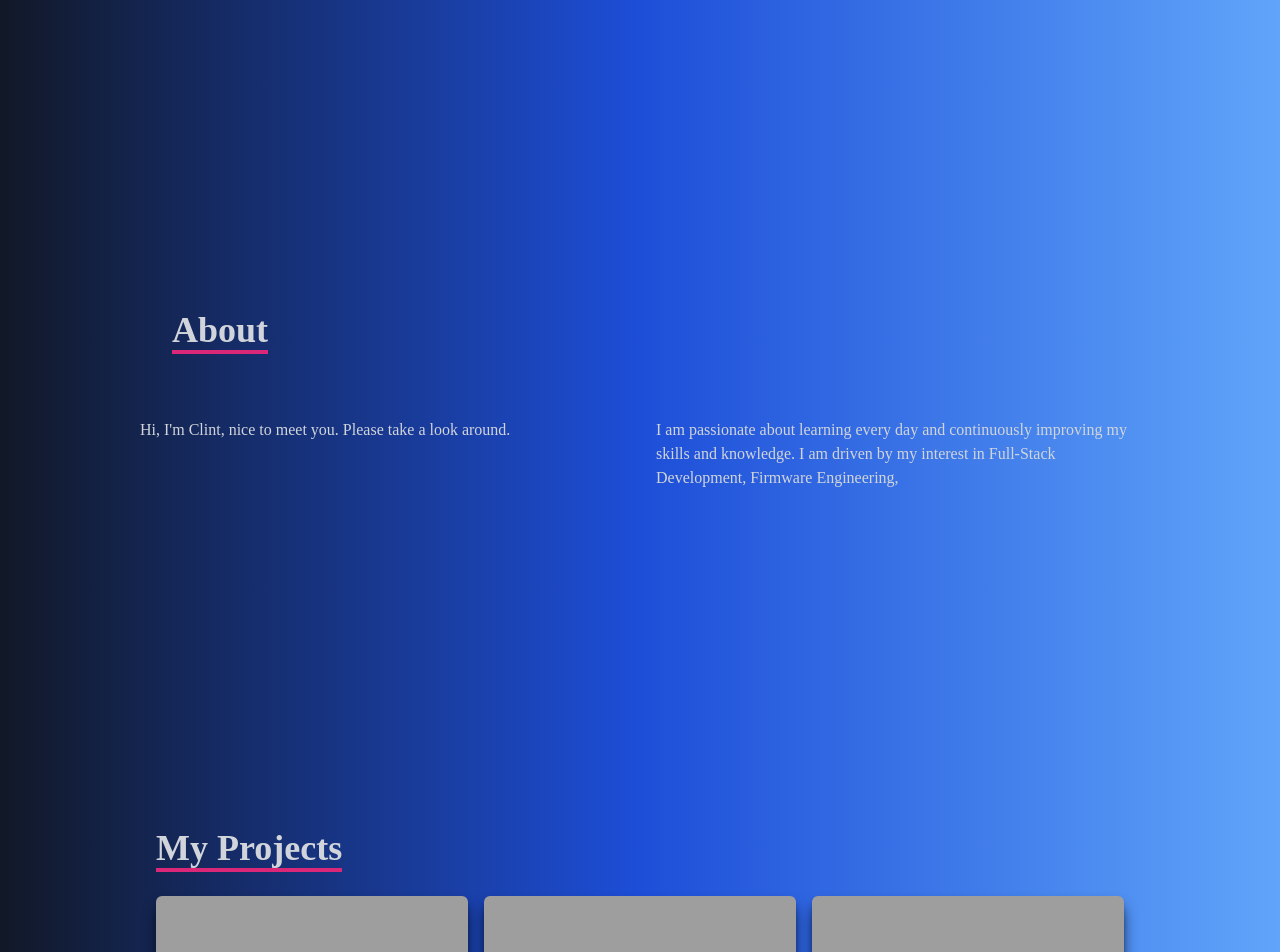
Repository: olichengus/Project-Portfolio
Page: /
These files come from the project's save history. The page is drawn as it stood at one moment and after the next save; the edit follows.
The browser window is 1280 px wide. The pictures show the part of the page from y = 680 to 1632 px (the page is 2160 px tall).
Pictures or frames that could not be fetched are drawn as grey boxes. The project was rebuilt for these pictures with package versions that can differ from the ones it lists, and the page was loaded fresh each time.

Above is the page before, as saved 2024-02-10 00:27:59.

### src/index.css
@tailwind base;
@tailwind components;
@tailwind utilities;

@import url('https://fonts.googleapis.com/css2?family=Roboto:wght@300;400;500;700&display=swap');

@layer base {
  body {
    @apply font-[Raleway];
  }
  li {
    @apply px-4;
    @apply cursor-pointer;
  }
}


.content-div{
  background-repeat: no-repeat;
  background-size: cover;
  background-position: center;
  height: 250px;
}

.content-div:hover{
  background-image: linear-gradient(
    to right,
    rgba(112,157,255,0.8),
    hsla(242,74%,61%,0.8)
  )!important;
  background-color: rgba(0, 0, 0, 0.5);
  transition: 0.5s;
}

### src/App.js
import Home from './components/Home';
import Navbar from './components/Navbar';
import About from './components/About';
import Work from './components/Work';

function App() {
  return (
    <div>
      <Navbar />
      <Home />
      <About />
      <Work />
    </div>
  );
}

export default App;

### src/components/Home.jsx
import React from 'react'
import {HiArrowNarrowRight} from 'react-icons/hi'

const Home = () => {
  return (
    <div className='w-full h-screen bg-gradient-to-r from-gray-900 via-blue-700 to-blue-400'>
      {/* Container */}
      <div className='max-w-[1000px] mx-auto px-8 flex flex-col justify-center h-full'>
        <p className='text-pink-600 text-2xl'>Hi, my name is</p>
        <h1 className='text-white text-7xl font-bold'>Oliver Cheng</h1>
        <h2 className='text-4xl sm:text-5xl font-bold text-[#8892b0]'> I am a Computer Science student @ UBC</h2>
        <h2 className='text-4xl sm:text-5xl font-bold text-[#8892b0]'> Welcome to my Portfolio!</h2>
        <div className='background-color'>
          <button className = 'text-white border-2 px-6 py-3 my-2 flex items-center hover:bg-pink-600 hover:border-pink-600'>
            My Projects
            <span className='group-hover:rotate-90 duration-300'>
              <HiArrowNarrowRight className='ml-2' />
            </span>
          </button>
        </div>
      </div>

    </div>
  )
}

export default Home

### src/components/navbar.js
import React, {useState} from 'react'
import {
    FaBars,
    FaTimes,
    FaGithub,
    FaLinkedin
  } from 'react-icons/fa';
import { HiOutlineMail } from 'react-icons/hi';
import BsFillPersonFill from 'react-icons/bs';

const Navbar = () => {
    const [nav, setNav] = useState(false)
    const handleClick = () => setNav(!nav)
  return (
    <div className='fixed w-full h-[80px] flex justify-between items-center px-4 bg-[#0a192f] text-gray-300'>
    {/* menu */}
        <div className='hidden md:flex'>
            <ul className='hidden md:flex'>
                <li>Home</li>
                <li>About</li>
                <li>Experience</li>
                <li>Projects</li>
                <li>Contact</li>


            </ul>
        </div>

        <div onClick={handleClick} className='md:hidden z-10'>
            {/* if false set it to bars else set it to x logo*/}
            {!nav ? <FaBars /> : <FaTimes />}
        </div>


        {/* Moble menu */}
        <ul className={!nav ? "hidden": 'absolute top-0 left-0 w-full h-screen bg-[#0a192f] flex flex-col justify center items-center'}>
                <li className='py-6 text-4xl'>Home</li>
                <li className='py-6 text-4xl'>About</li>
                <li className='py-6 text-4xl'>Experience</li>
                <li className='py-6 text-4xl'>Projects</li>
                <li className='py-6 text-4xl'>Contact</li>

        </ul>
        {/* Social Icons */}
        <div className='flex fixed flex-col top-[35%] left-0;'>
        </div>
    </div>


  )
}

export default Navbar

### src/components/About.jsx
import React from 'react';

const About = () => {
    return (
        <div name='about' className='w-full h-screen bg-gradient-to-r from-gray-900 via-blue-700 to-blue-400 text-gray-300'>
            <div className='flex flex-col justify-center items-center w-full h-full'>
                <div className='max-w-[1000px] w-full px-4 justify-center items-center'>
                    <div className='md:text-left sm:text-right pb-8 pl-4'>
                        <p className='text-4xl font-bold inline border-b-4 border-pink-600 hover:text-white'>About</p>
                    </div>

                </div>
                <div className='mt-9 max-w-[1000px] w-full grid grid-cols-2 gap-8'>
                    <div>
                        <p>Hi, I'm Clint, nice to meet you. Please take a look around.</p>
                    </div>
                    <div>
                        I am passionate about learning every day and continuously improving my skills and knowledge. I am driven by my interest in Full-Stack Development, Firmware Engineering,
                    </div>
                </div>
            </div>
        </div>
    )
}

export default About;

### src/components/Work.jsx
import React from 'react';
import Background from '../assets/background.jpeg';

const Work = () => {
    return (
        <div className='w-full md:h-screen text-gray-300 bg-gradient-to-r from-gray-900 via-blue-700 to-blue-400'>
            <div className='max-w-[1000px] mx-auto p-4 flex flex-col justify-center w-full h-full'>
                <div>
                    <p className='text-4xl font-bold inline border-b-4 text-gray-300 border-pink-600'>My Projects</p>
                </div>

            {/* Container */}

                <div className='grid sm:grid-cols-2 md:grid-cols-3 gap-4 mt-7'>

            {/* Grid Item */}
                    <div style = {{backgroundImage: `url(${Background})`}}
                    className='shadow-lg shadow-[#040c16] group container rounded-md flex justify-center items-center mx-auto content-div'>

                        {/* Hover Effects */}
                        <div className='opacity-0 group-hover:opacity-100'>
                            <span className='text-2xl font-bold text-white tracking-wider'>
                                UBC Elective Finder
                            </span>
                            <div className='pt-8 text-center'>
                                {/* <a href ="/">
                                    <button className='text-center rounded-lg px-4 py-3 m-2 bg-white text-gray-700 font-bold text-lg'>Demo</button>
                                </a> */}
                                <a href = "https://github.com/olichengus/UBC-Elective-Finder">
                                    <button className='text-center rounded-lg px-5 py-3 m-2 bg-white text-gray-700 font-bold text-lg'>View</button>
                                </a>
                            </div>
                        </div>
                    </div>

                    <div style = {{backgroundImage: `url(${Background})`}}
                    className='shadow-lg shadow-[#040c16] group container rounded-md flex justify-center items-center mx-auto content-div'>

                        {/* Hover Effects */}
                        <div className='opacity-0 group-hover:opacity-100'>
                            <span className='text-2xl font-bold text-white tracking-wider'>
                                Telomeres Website
                            </span>
                            <div className='pt-8 text-center'>
                                {/* <a href ="/">
                                    <button className='text-center rounded-lg px-4 py-3 m-2 bg-white text-gray-700 font-bold text-lg'>Demo</button>
                                </a> */}
                                <a href = "https://github.com/olichengus/TelomeresWebsite">
                                    <button className='text-center rounded-lg px-5 py-3 m-2 bg-white text-gray-700 font-bold text-lg'>View</button>
                                </a>
                            </div>
                        </div>
                    </div>

                    <div style = {{backgroundImage: `url(${Background})`}}
                    className='shadow-lg shadow-[#040c16] group container rounded-md flex justify-center items-center mx-auto content-div'>

                        {/* Hover Effects */}
                        <div className='opacity-0 group-hover:opacity-100'>
                            <span className='text-2xl font-bold text-white tracking-wider'>
                                Wishlist Application
                            </span>
                            <div className='pt-8 text-center'>
                                {/* <a href ="https://github.com/olichengus/WishList">
                                    <button className='text-center rounded-lg px-4 py-3 m-2 bg-white text-gray-700 font-bold text-lg'>Demo</button>
                                </a> */}
                                <a href = "https://github.com/olichengus/WishList">
                                    <button className='text-center rounded-lg px-5 py-3 m-2 bg-white text-gray-700 font-bold text-lg'>View</button>
                                </a>
                            </div>
                        </div>
                    </div>

                    <div style = {{backgroundImage: `url(${Background})`}}
                    className='shadow-lg shadow-[#040c16] group container rounded-md flex justify-center items-center mx-auto content-div'>

                        {/* Hover Effects */}
                        <div className='opacity-0 group-hover:opacity-100'>
                            <span className='text-2xl font-bold text-white tracking-wider'>
                                PythonRoads
                            </span>
                            <div className='pt-8 text-center'>
                                {/* <a href ="/">
                                    <button className='text-center rounded-lg px-4 py-3 m-2 bg-white text-gray-700 font-bold text-lg'>Demo</button>
                                </a> */}
                                <a href = "https://github.com/olichengus/PythonRoads">
                                    <button className='text-center rounded-lg px-5 py-3 m-2 bg-white text-gray-700 font-bold text-lg'>View</button>
                                </a>
                            </div>
                        </div>
                    </div>

                </div>



            </div>
        </div>
    );
};

export default Work;

### tailwind.config.js
/** @type {import('tailwindcss').Config} */
module.exports = {
  content: ["./src/**/*.{html,jsx}"],
  theme: {
    extend: {},
  },
  plugins: [],
}

Loaded but not shown: public/index.html (common file); src/index.js (common file)

After the next save:
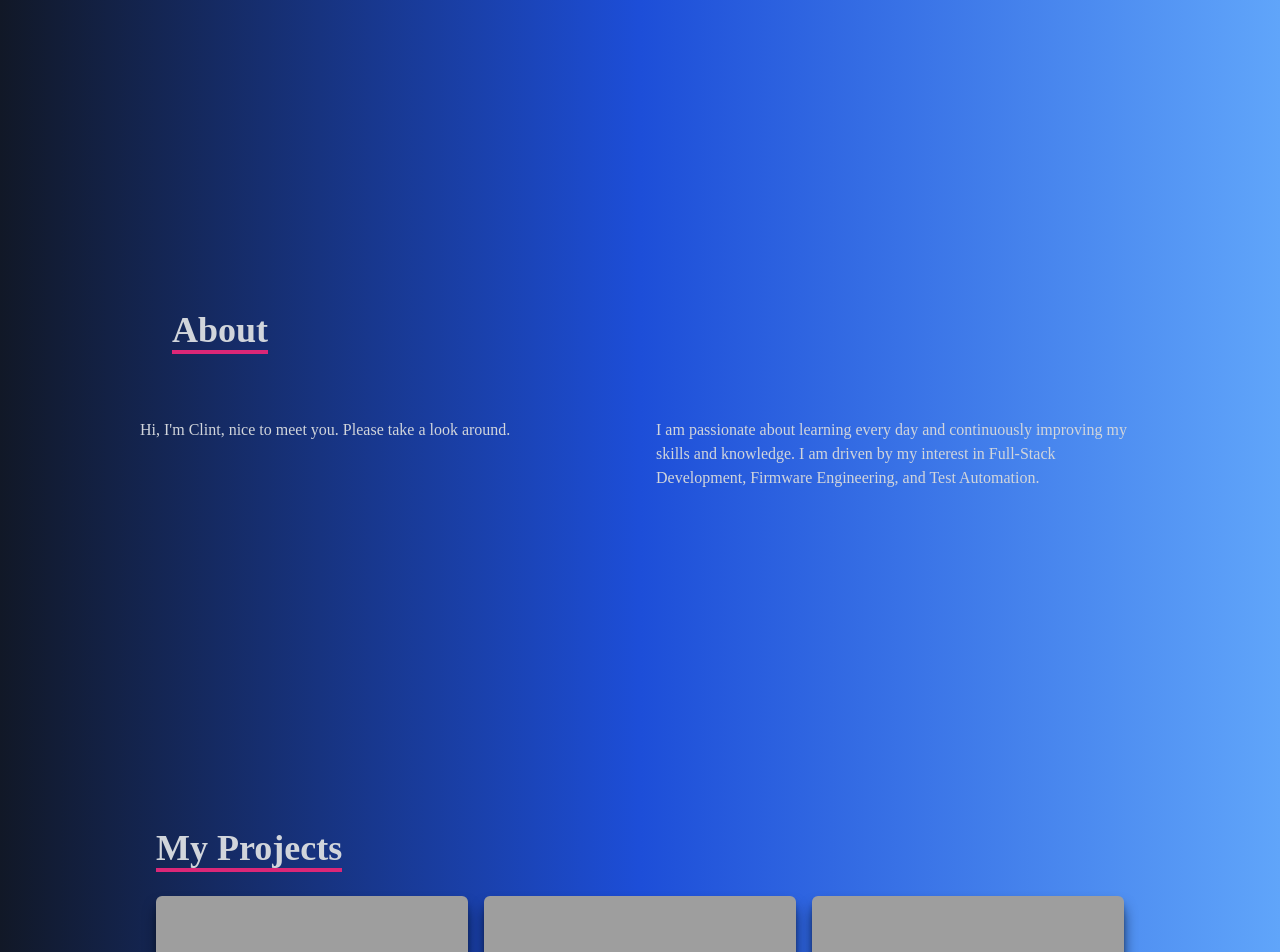
Saved 15 s later.
--- a/src/components/About.jsx
+++ b/src/components/About.jsx
@@ -15,7 +15,7 @@ const About = () => {
                         <p>Hi, I'm Clint, nice to meet you. Please take a look around.</p>
                     </div>
                     <div>
-                        I am passionate about learning every day and continuously improving my skills and knowledge. I am driven by my interest in Full-Stack Development, Firmware Engineering,
+                        I am passionate about learning every day and continuously improving my skills and knowledge. I am driven by my interest in Full-Stack Development, Firmware Engineering, and Test Automation.
                     </div>
                 </div>
             </div>
